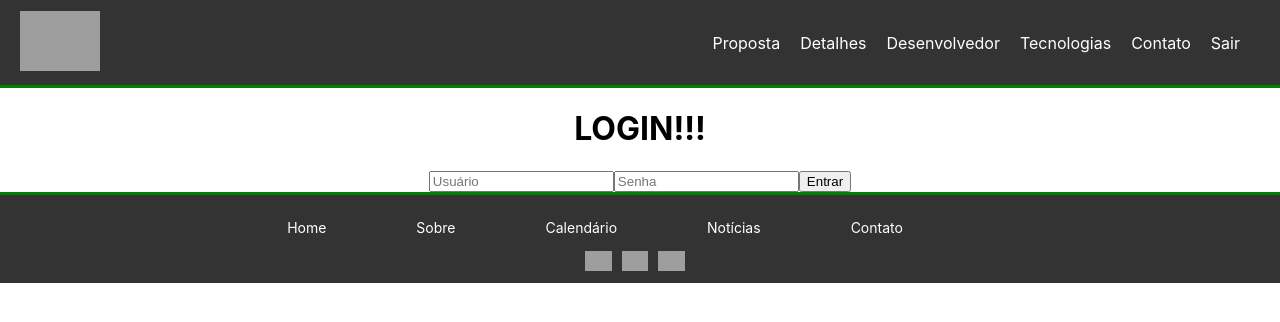
Repository: gustavo-eng/TheFightDay
Page: /home (app in Client/frontend/)
These files come from the project's save history. The page is drawn as it stood at one moment and after the next save; the edit follows.
The browser window is 1280 px wide. The pictures show the whole page.
Pictures or frames that could not be fetched are drawn as grey boxes. The project was rebuilt for these pictures with package versions that can differ from the ones it lists, and the page was loaded fresh each time. Also part of the build but not shown: Client/frontend/src/pages/Home.js.

Above is the page before, as saved 2023-06-03 23:22:59.

After the next save:
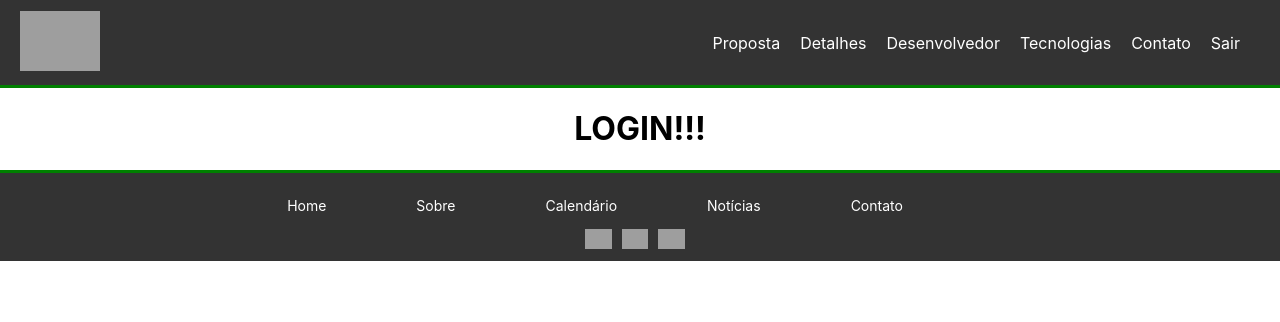
Saved 50 s later.
--- a/Client/frontend/src/pages/Login.js
+++ b/Client/frontend/src/pages/Login.js
@@ -37,29 +37,7 @@ const LoginScreen  = (props) => {
     return (
         <>
             <h1>LOGIN!!!</h1>
-            <div className="container_form">
-                <form onSubmit={handleSubmit}>
-                    <input
-                        type="text"
-                        placeholder="Usuário"
-                        name="user"
-                        value={user}
-                        onChange={handleUserChange}
-                        required
-                    />
-                    <input
-                        type="password"
-                        placeholder="Senha"
-                        name="password"
-                        value={password}
-                        onChange={handlePasswordChange}
-                        required
-                    />
-                    <button type="submit">Entrar</button>
-        </form>
-        {/* Apenas  para fins de testes  */}
-        {/* <button onClick={() => navigate('/home')}> Ir para logado  -- Home  -- </button> */}
-      </div>
+
         </>
     )
 }
@@ -67,3 +45,29 @@ const LoginScreen  = (props) => {
 
 
 export default LoginScreen;
+
+
+
+// <div className="container_form">
+// <form onSubmit={handleSubmit}>
+//     <input
+//         type="text"
+//         placeholder="Usuário"
+//         name="user"
+//         value={user}
+//         onChange={handleUserChange}
+//         required
+//     />
+//     <input
+//         type="password"
+//         placeholder="Senha"
+//         name="password"
+//         value={password}
+//         onChange={handlePasswordChange}
+//         required
+//     />
+//     <button type="submit">Entrar</button>
+// </form>
+// {/* Apenas  para fins de testes  */}
+// {/* <button onClick={() => navigate('/home')}> Ir para logado  -- Home  -- </button> */}
+// </div>
